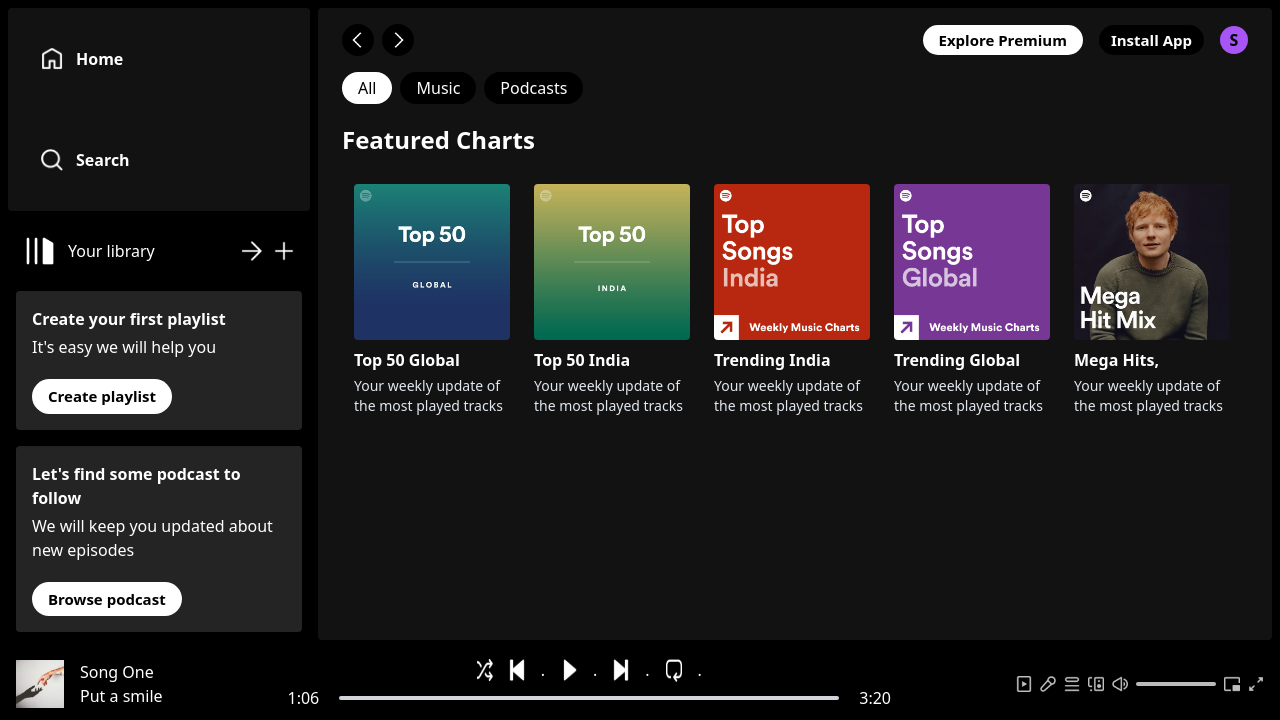
Repository: duttasayan835/Spotify_clone
Page: /
These files come from the project's save history. The page is drawn as it stood at one moment and after a run of saves; the edit follows.
The browser window is 1280 px wide. The pictures show the whole page.
The project was rebuilt for these pictures with package versions that can differ from the ones it lists, and the page was loaded fresh each time. Also part of the build but not shown: vite.config.js. Imported but missing from the stored project, and not drawn on this page: src/assets/song1.mp3, src/assets/song2.mp3, src/assets/song3.mp3.

Above is the page before, as saved 2024-08-09 23:45:45.

After the next 3 saves:
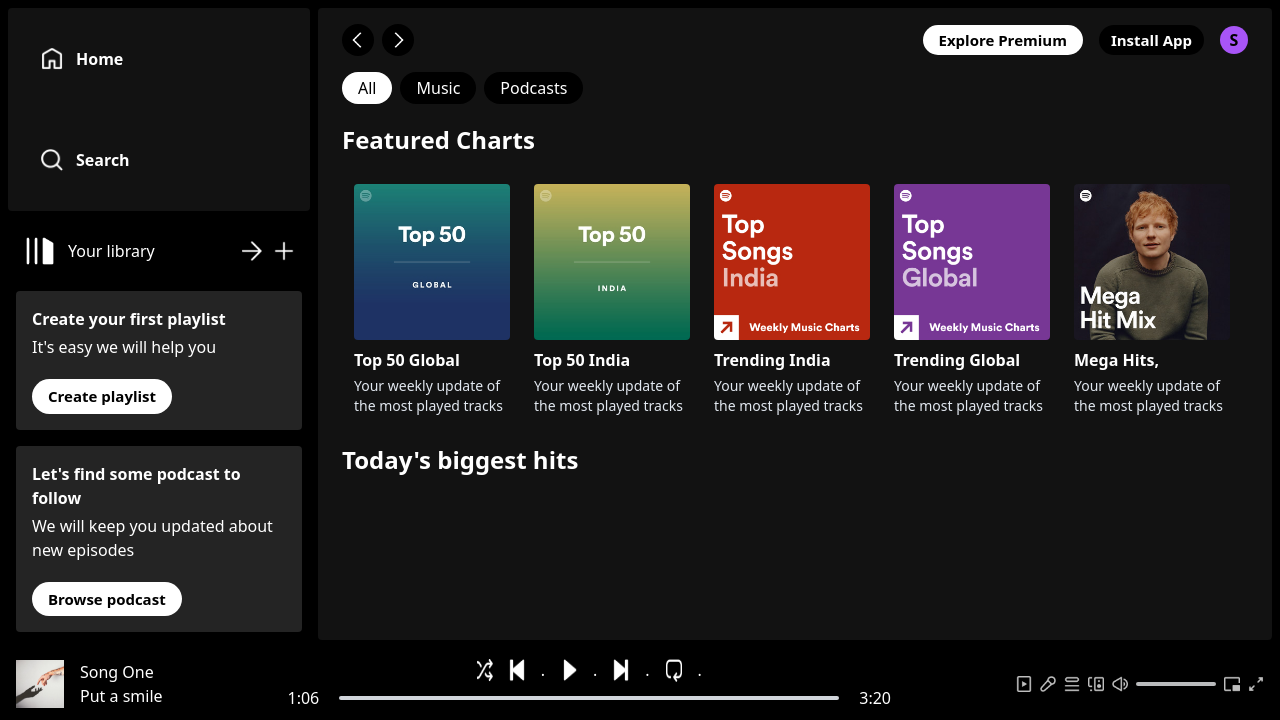
The 3 saves are shown as one change because 2 did not build or start.
The last was saved 5 min 3 s later.
--- a/src/Components/DisplayHome.jsx
+++ b/src/Components/DisplayHome.jsx
@@ -1,7 +1,7 @@
 // eslint-disable-next-line no-unused-vars
 import React from "react";
 import Navbar from "./Navbar";
-import { albumsData } from "../assets/assets";
+import { albumsData, songsData } from "../assets/assets";
 import AlbumItem from "./AlbumItem";
 const DisplayHome = () => {
   return (
@@ -21,6 +21,10 @@
           ))}
         </div>
       </div>
+      <div className="mb-4">
+        <h1 className="my-5 text-2xl font-bold ">Today's biggest hits</h1>
+        <div className="flex overflow-auto">{}</div>
+      </div>
     </>
   );
 };
